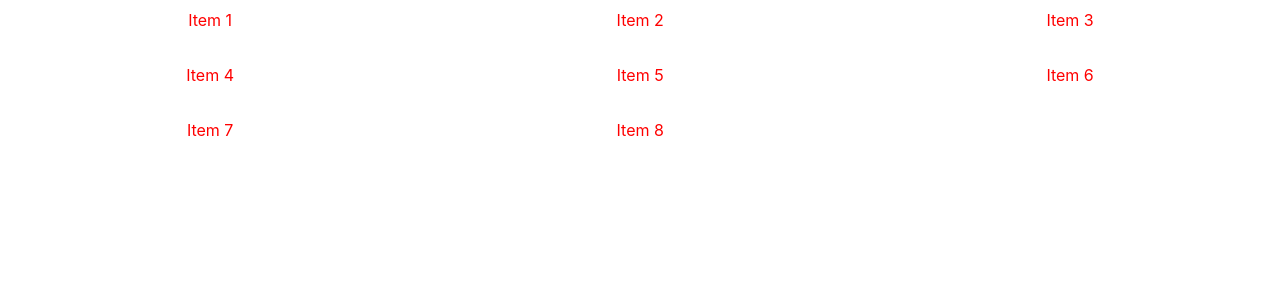
Repository: thai-shriya/anxiety-tracker
Page: /
The author's editor kept a copy of each file at every save. The page is drawn from the files as they stood at one save, then again after the next save.
The browser window is 1280 px wide. The pictures show the whole page.
The project was rebuilt for these pictures with package versions that can differ from the ones it lists, and the page was loaded fresh each time.

Above is the page before, as saved 2024-04-22 14:56:47.

### src/App.js
import './App.css';

function App() {
  return (
    <div className='grid-container'>
      <div className='grid-item'>Item 1</div>
      <div className='grid-item'>Item 2</div>
      <div className='grid-item'>Item 3</div>
      <div className='grid-item'>Item 4</div>
      <div className='grid-item'>Item 5</div>
      <div className='grid-item'>Item 6</div>
      <div className='grid-item'>Item 7</div>
      <div className='grid-item'>Item 8</div>
    </div>

  );
}

export default App;

### src/App.css
.grid-container{
  display: grid;
  grid-template-columns: auto auto auto;
  column-gap: 10px;
  row-gap: 15px;
}

.grid-item{
  color:red;
  padding: 10px;
  text-align: center;
  border: 1px red;
}

Loaded but not shown: public/index.html (common file); src/index.js (common file); src/index.css (common file); src/reportWebVitals.js (common file)

After the next save:
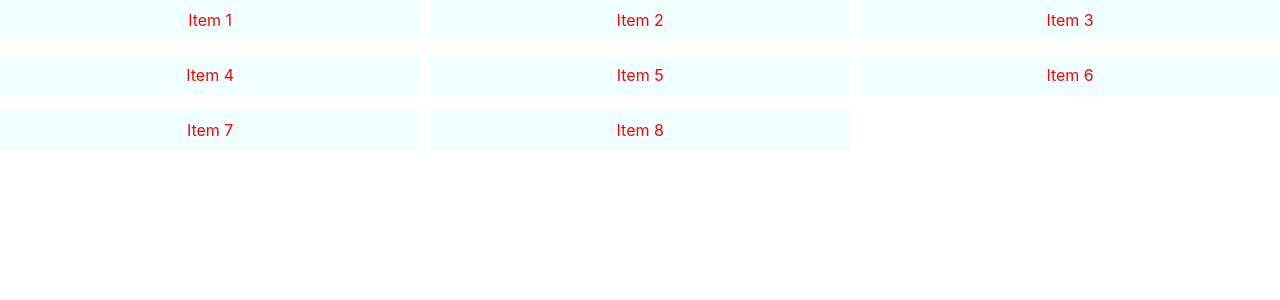
Saved 21 s later.
--- a/src/App.css
+++ b/src/App.css
@@ -10,4 +10,5 @@
   padding: 10px;
   text-align: center;
   border: 1px red;
+  background-color:azure;
 }
